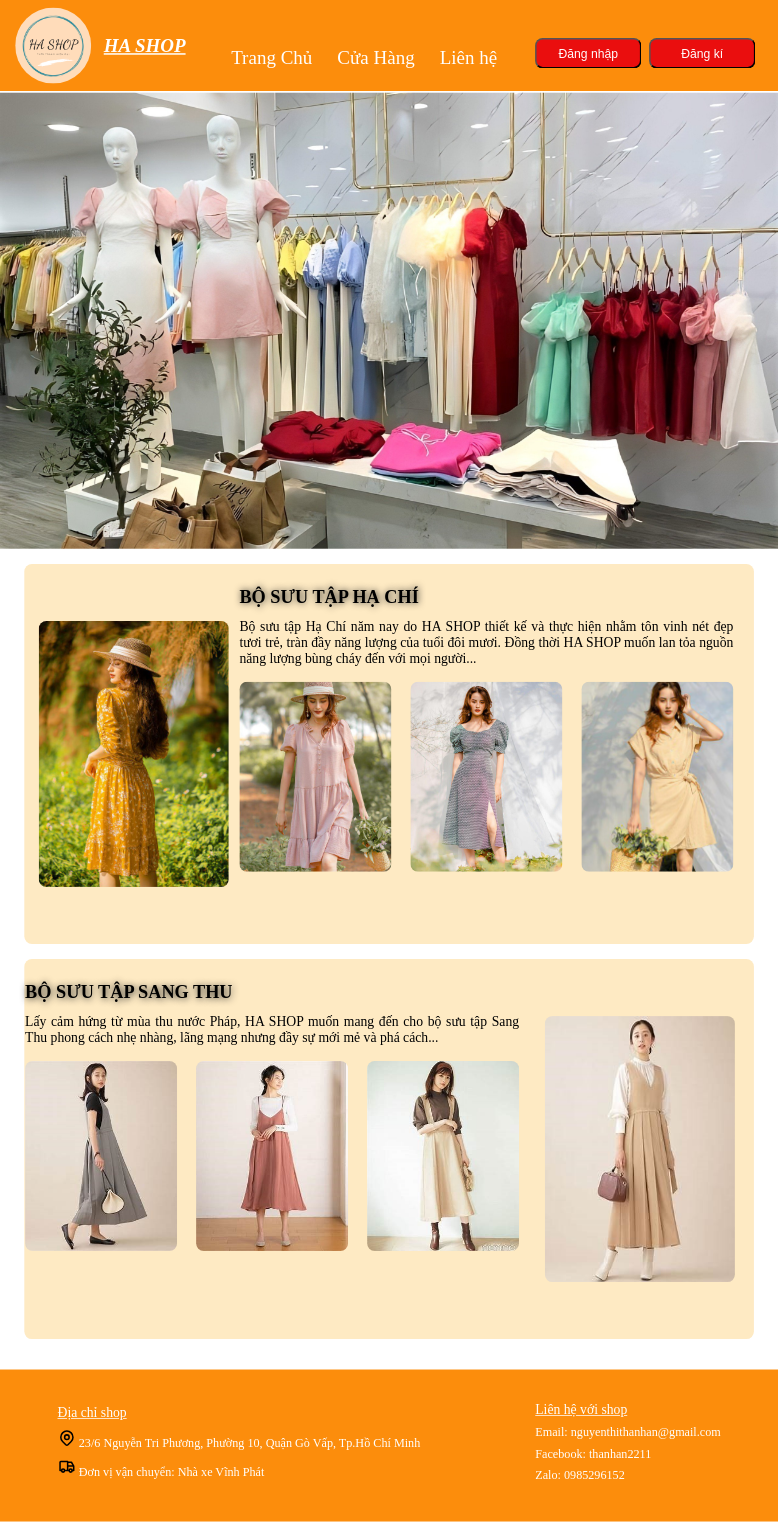
Repository: manhhieu120499/Project_ShopQuanAo
Page: index.html
An editor plug-in stored every save of this project. The page is shown before and after the next save, followed by the edit.
The browser window is 1024 px wide. The pictures show the whole page, at 76% of full size.

Above is the page before, as saved 2023-04-07 22:36:22.

After the next save:
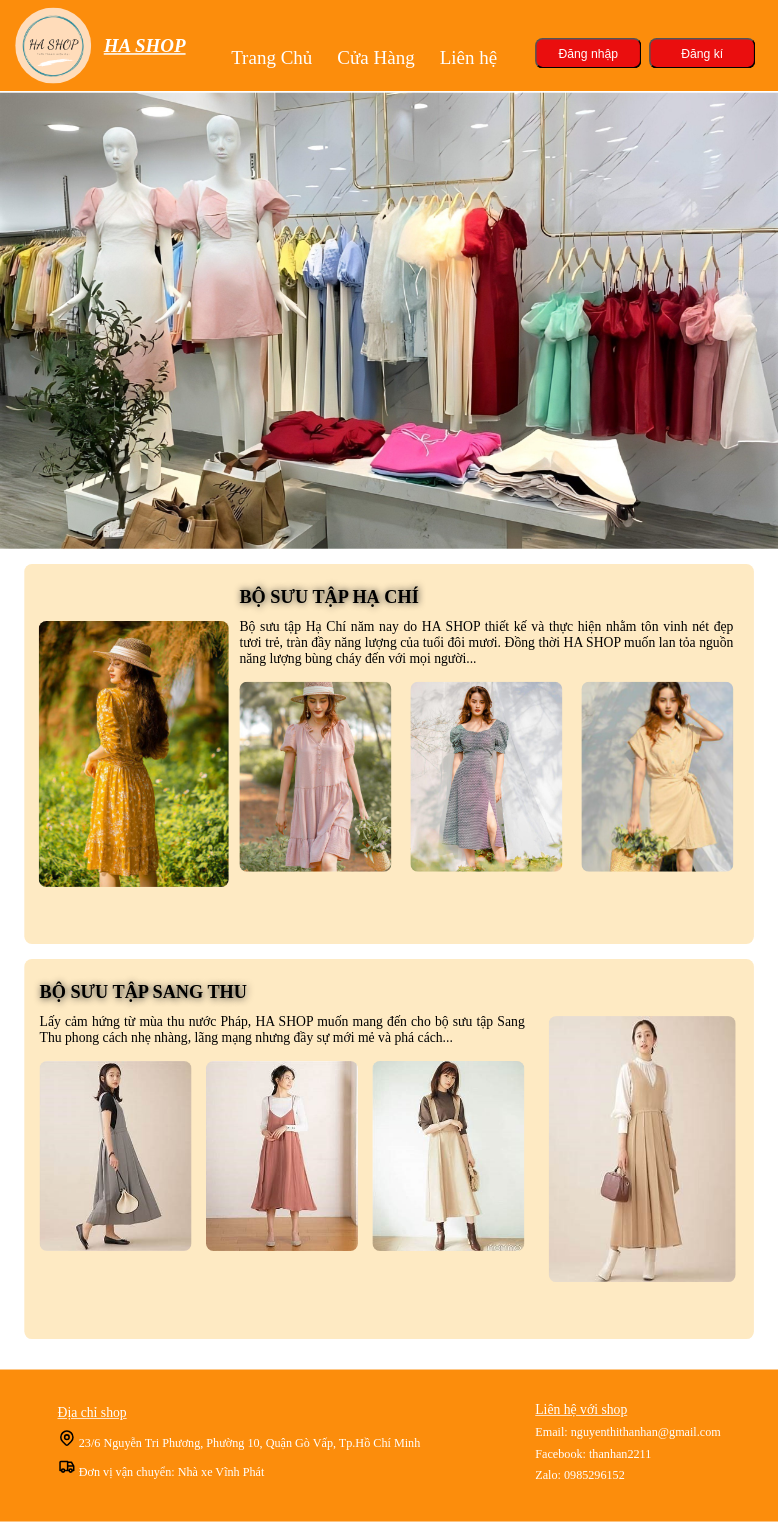
Saved 43 s later.
--- a/responsive/responsive_trangchu.css
+++ b/responsive/responsive_trangchu.css
@@ -42,4 +42,8 @@
     .album_two .left_picture {
         margin-right: 24px;
     }
+
+    .album_two .right_description {
+        margin-left: 20px;
+    }
 }
